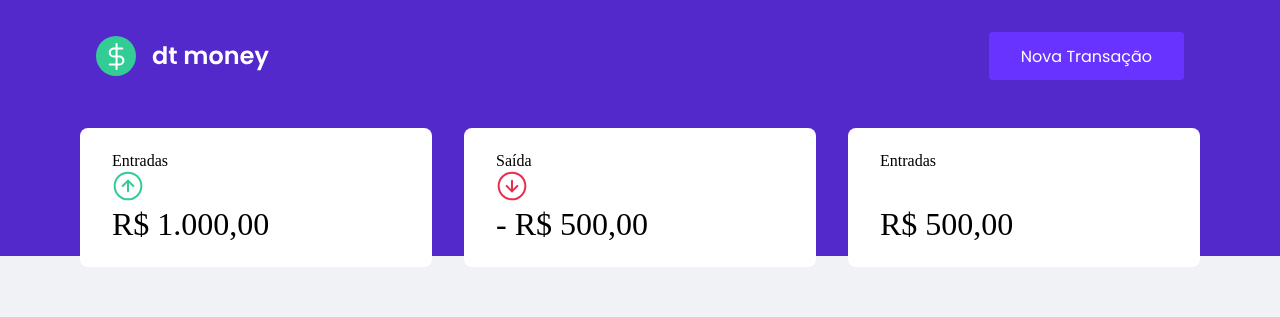
Repository: viniciusfg05/vlmoney
Page: /
These files come from the project's save history. The page is drawn as it stood at one moment and after the next save; the edit follows.
The browser window is 1280 px wide. The pictures show the whole page.
The project was rebuilt for these pictures with package versions that can differ from the ones it lists, and the page was loaded fresh each time.

Above is the page before, as saved 2022-02-21 14:31:45.

### public/index.html
<!DOCTYPE html>
<html lang="en">
  <head>
    <link rel="preconnect" href="https://fonts.googleapis.com" />

    <meta charset="utf-8" />
    <meta name="viewport" content="width=device-width, initial-scale=1" />

    <link rel="shortcut icon" href="favicon.png" type="image/png" />

    <link rel="preconnect" href="https://fonts.gstatic.com" crossorigin />
    <link
      href="https://fonts.googleapis.com/css2?family=Poppins:wght@400;600&display=swap"
      rel="stylesheet"
    />
    <title>VlMoney</title>
  </head>
  <body>
    <noscript>You need to enable JavaScript to run this app.</noscript>
    <div id="root"></div>
  </body>
</html>

### src/App.tsx
import { Dashboard } from './components/Dashboards';
import { Header } from './components/Header';
import { GlobalStyles } from './styles/global';

export function App() {
  return (
    <>
      <Header />
      <Dashboard />
      <GlobalStyles />
    </>
  );
}

//export default App: pq nao usar que quem defini o nome da exportação é o importação e não a exportação

### src/components/Dashboards/index.tsx
import { Summary } from "../summary";
import { Container } from "./styles";

 export function Dashboard() {
   return (
    <Container>
    <Summary />
    </Container>
   )
 }

### src/components/Header/index.tsx
import logoImg from '../../assets/logo.svg'
import { Container, Content } from './styles'

export function Header() {
  return (
    <Container>
      <Content>
        <img src={logoImg} alt="vlmoney" />
        <button>
          Nova Transação
        </button>
      </Content>
    </Container>
  )
}

### src/styles/global.ts
import { createGlobalStyle } from 'styled-components'

export const GlobalStyles = createGlobalStyle`
  :root {
    --background: #f0f2f5;
    --roxo: #5429CC;
    --roxo-light: #6933FF;
    --green: #33CC95;
    --red: #E62E4D;
    --shape: #FFFFFF;
    --title-body: #363F5F;
    --text-body: #969CB3;
  }

  *{
    margin: 0;
    padding: 0;
    box-sizing: border-box;
  }

  html {
    @media (max-width: 1080px) {
      font-size: 93.75%; // 15px
    }

    @media (max-width: 720px) {
      font-size: 87.5%; // 15px
    }
  }

  body {
    background: var(--background) ;
    -webkit-font-smothing: antialiased; //para font ficar mais nitida
  }

  border-style, input, textarea, button {
    font-family: "Poppins", sans-serif;
    font-weight: 400;
  }

  h1, h2, h3, h4, h5, h6, strong {
    font-weight: 600;
  }

  button {
    cursor: pointer;
  }

  [disabled] {
    opacity: 0.6;
    cursor: not-allowed; //nao permitido
  }
`

### src/components/summary/index.tsx
import incomeImg from '../../assets/income.svg';
import outcomeImg from '../../assets/outcome.svg';
import totalImg from '../../assets/total.svg';


import { Container } from "./styles";

 export function Summary() {
  return (

    <Container >
      <div>
        <header>
          <p>Entradas</p>
          <img src={incomeImg} alt="Entradas" />
        </header>
        <strong>R$ 1.000,00</strong>
      </div>

      <div>
        <header>
          <p>Saída</p>
          <img src={outcomeImg} alt="Saidas" />
        </header>
        <strong>- R$ 500,00</strong>
      </div>

      <div>
        <header>
          <p>Entradas</p>
          <img src={totalImg} alt="total" />
        </header>
        <strong>R$ 500,00</strong>
      </div>
    </Container >
  )
 }

### src/components/Dashboards/styles.ts
import styled from "styled-components";

 export const Container = styled.main`
  max-width: 1120px;
  margin: 0 auto;
  padding: 2.5 1rem;
 `;

### src/components/Header/styles.ts
import styled from 'styled-components'

export const Container = styled.header`
  background-color: var(--roxo);
`;

export const Content = styled.div`
  max-width: 1120px;
  margin: 0 auto;

  padding: 2rem 1rem 11rem;

  display: flex;
  align-items: center;
  justify-content: space-between;

  button{
    font-size:  1rem;
    color: #fff;
    background: var(--roxo-light);
    border: 0;
    padding: 0 2rem;
    border-radius: 0.25rem;
    height: 3rem;
    transition: 0.3s;

    &:hover {
      filter:brightness(0.9)
    }
  }
`;

### src/components/summary/styles.ts
import styled from "styled-components";

 export const Container = styled.div`
  display: grid;
  grid-template-columns: repeat(3, 1fr);
  gap: 2rem;
  margin-top: -8rem;

  div{
    background: var(--shape);
    padding: 1.5rem 2rem;
    border-radius: 0.5rem;
    color: var(--text-body)

    header{
      display: flex;
      align-items: center;
      justify-content: space-between;
    }

    strong {
      margin-top: 1rem;
      font-size: 2rem;
      font-weight: normal;
    }
  }
 `;

Loaded but not shown: src/index.tsx (common file)

After the next save:
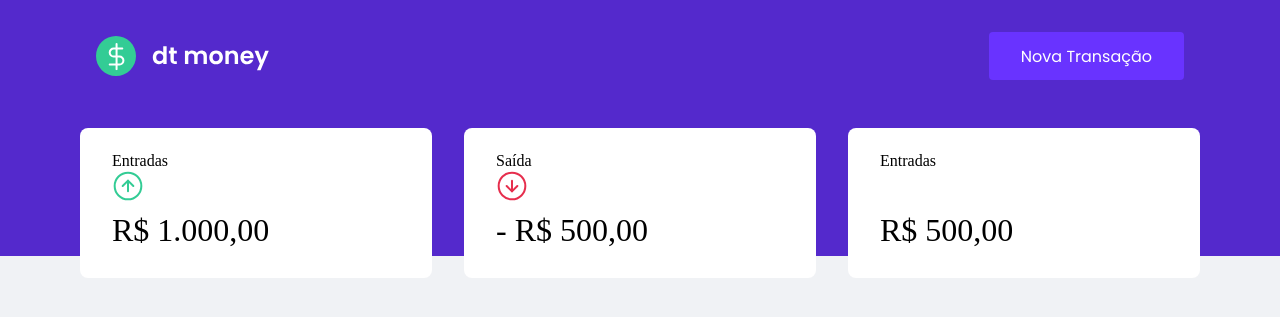
Saved 40 s later.
--- a/src/components/summary/styles.ts
+++ b/src/components/summary/styles.ts
@@ -22,6 +22,7 @@
       margin-top: 1rem;
       font-size: 2rem;
       font-weight: normal;
+      line-height: 3rem;
     }
   }
  `;

After the save that followed:
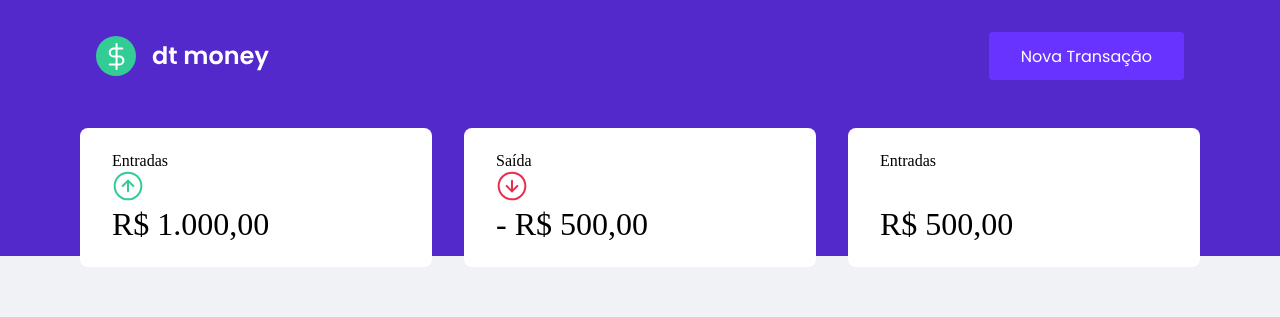
Saved 9 s later.
--- a/src/components/summary/styles.ts
+++ b/src/components/summary/styles.ts
@@ -22,7 +22,7 @@
       margin-top: 1rem;
       font-size: 2rem;
       font-weight: normal;
-      line-height: 3rem;
+      /* line-height: 3rem; */
     }
   }
  `;
